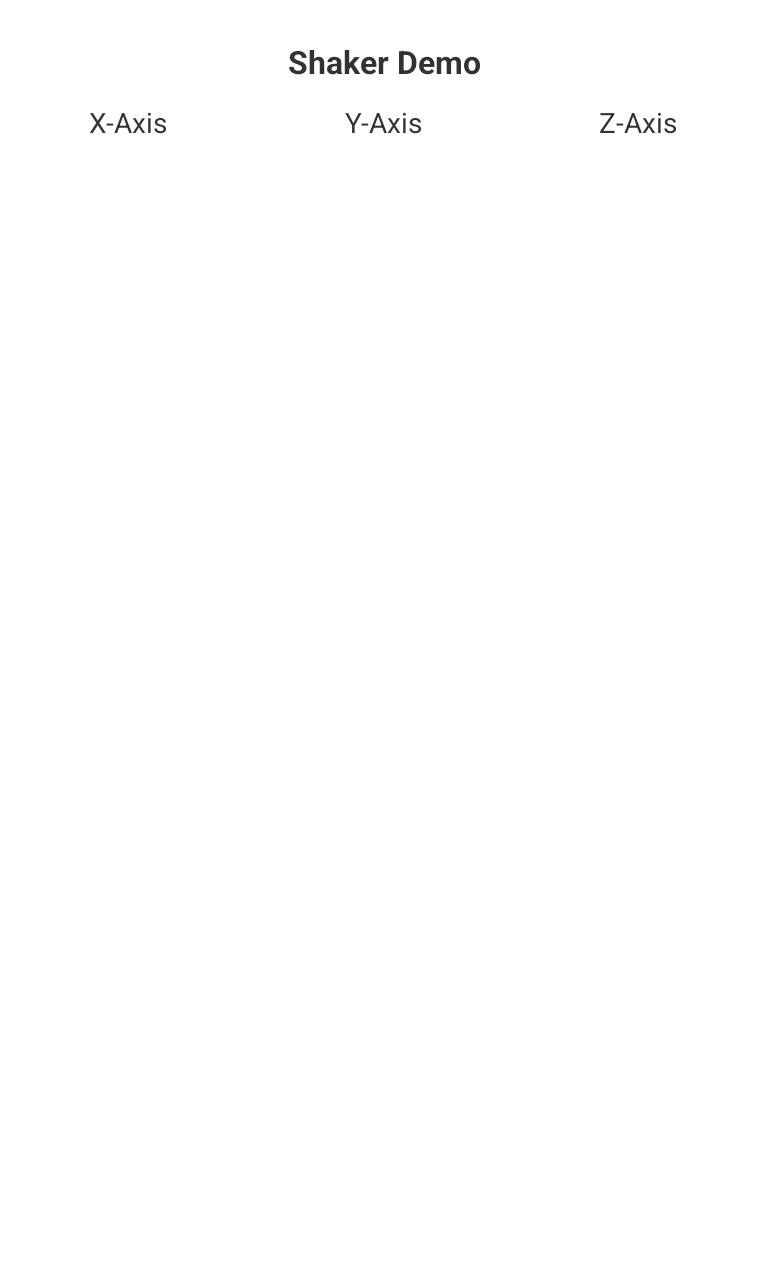
Repository: 3lim/DroidAhoy
Layout: AhoyApp/res/layout/main.xml
An editor plug-in stored every save of this project. The layout is shown before and after the next save, followed by the edit.
It is drawn on a 768 x 1280 px phone screen (xhdpi) without system bars, with theme AppTheme; the app's code is not run.

Above is the layout before, as saved 2013-11-12 13:31:12.

After the next save:
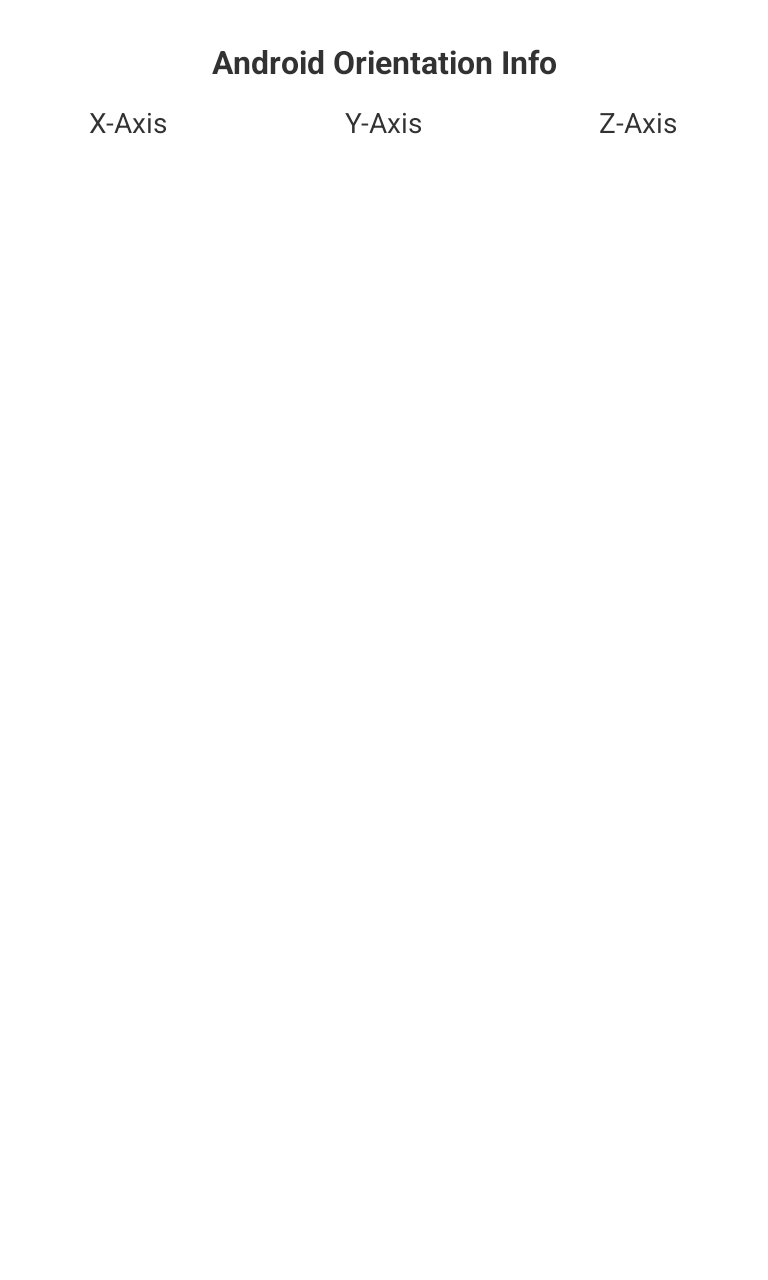
Saved 57 min 0 s later.
--- a/AhoyApp/res/layout/main.xml
+++ b/AhoyApp/res/layout/main.xml
@@ -9,20 +9,13 @@ android:layout_width="fill_parent"
 android:layout_height="fill_parent">
 
 <TextView
-
-android:paddingTop="20dip"
-
-android:layout_width="fill_parent"
-
-android:layout_height="wrap_content"
-
-android:textSize="16sp"
-
-android:textStyle="bold"
-
-android:gravity="center"
-
-android:text="Shaker Demo"/>
+    android:layout_width="fill_parent"
+    android:layout_height="wrap_content"
+    android:gravity="center"
+    android:paddingTop="20dip"
+    android:text="Android Orientation Info"
+    android:textSize="16sp"
+    android:textStyle="bold" />
 
 <TableLayout
 
